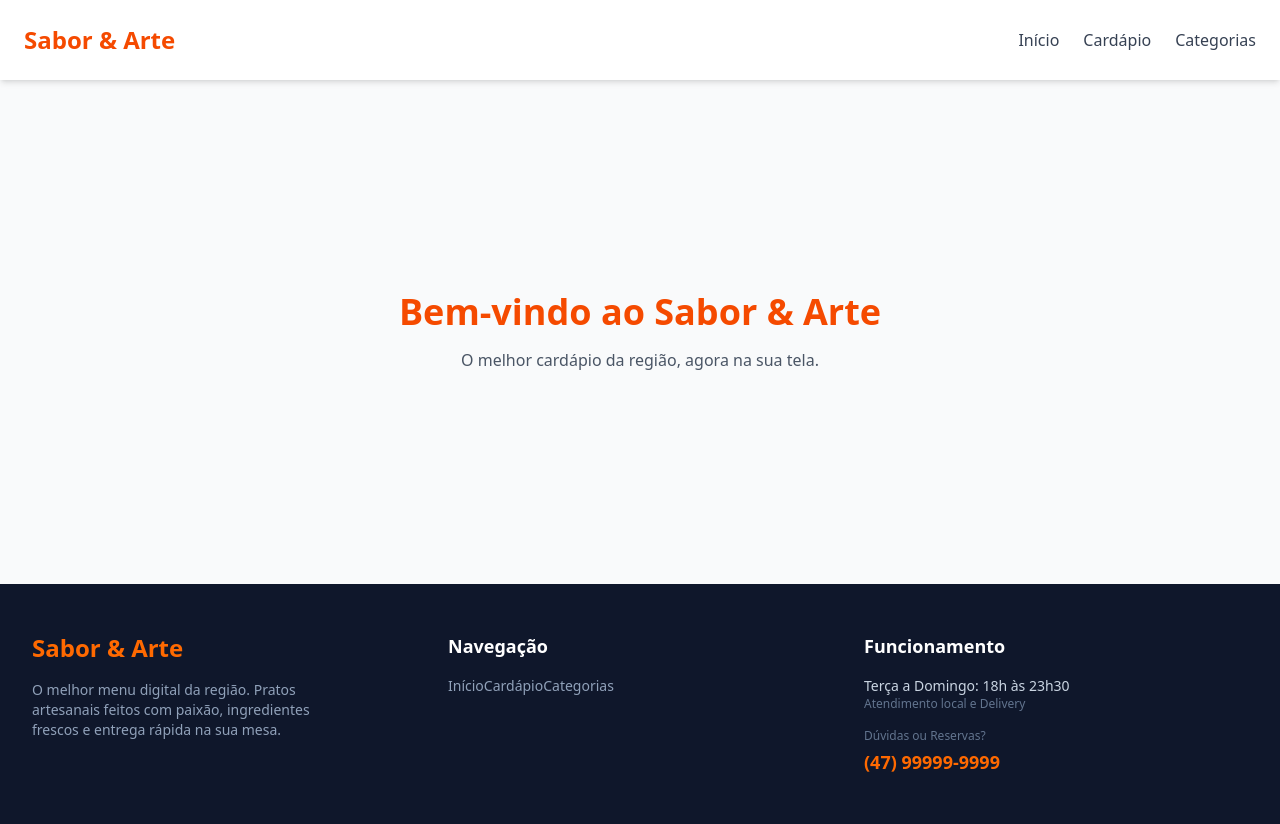
Repository: LuigiBLombardo/Next---Atividade
Page: / (app in sistema-cardapio/)
These files come from the project's save history. The page is drawn as it stood at one moment and after the next save; the edit follows.
The browser window is 1280 px wide. The pictures show the whole page.
The project was rebuilt for these pictures with package versions that can differ from the ones it lists, and the page was loaded fresh each time. The framework's server and built-in components were replaced by stand-ins that run in the browser. Also part of the build but not shown: sistema-cardapio/next.config.mjs.

Above is the page before, as saved 2026-09-04 19:55:52.

After the next save:
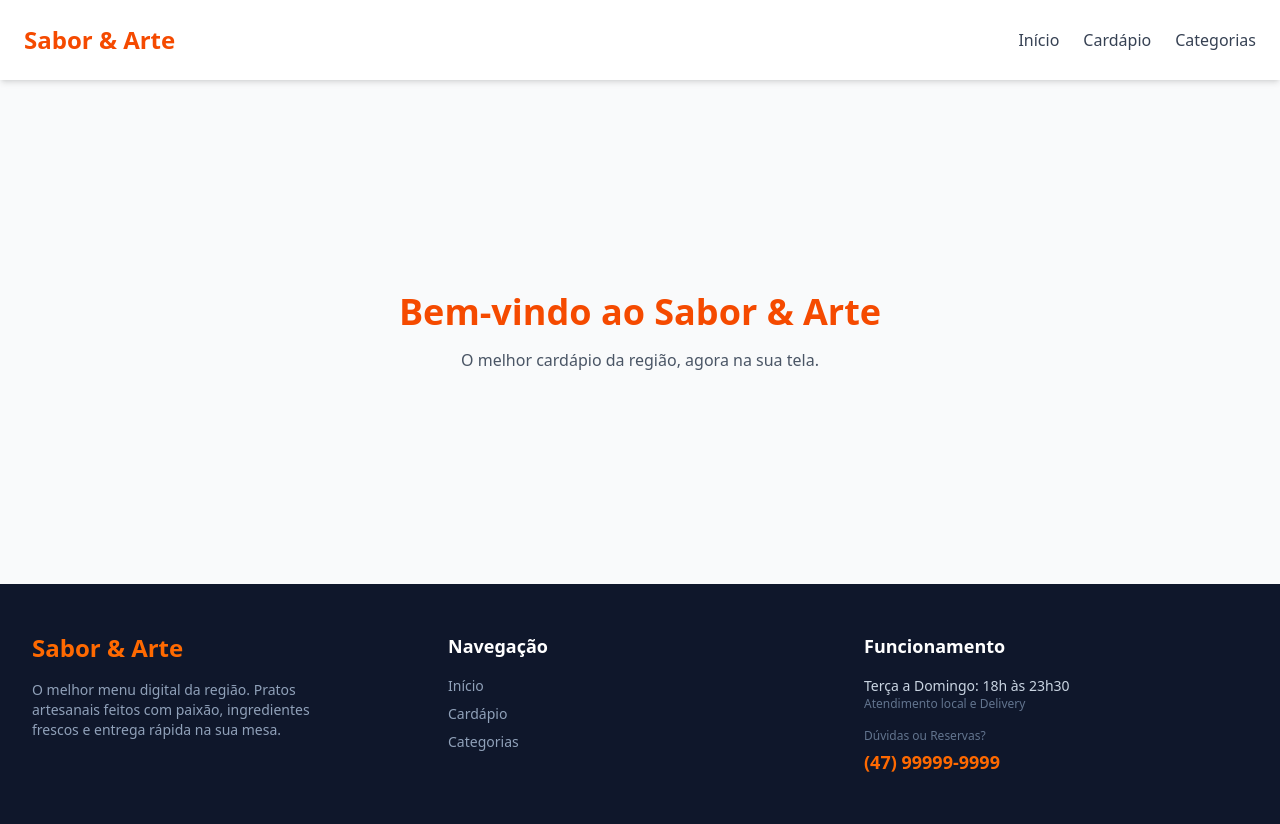
Saved 36 s later.
--- a/sistema-cardapio/src/components/Footer.js
+++ b/sistema-cardapio/src/components/Footer.js
@@ -20,7 +20,7 @@ export default function Footer(){
                         <h3 className="text-lg font-bold text-white mb-4">
                             Navegação
                         </h3>
-                        <div className="space-y-2 text-sm">
+                        <div className="flex flex-col gap-2 text-sm">
 
                             <Link href="/" className="hover:text-white transition">Início</Link>
                             <Link href="/cardapio" className="hover:text-white transition">Cardápio</Link>
